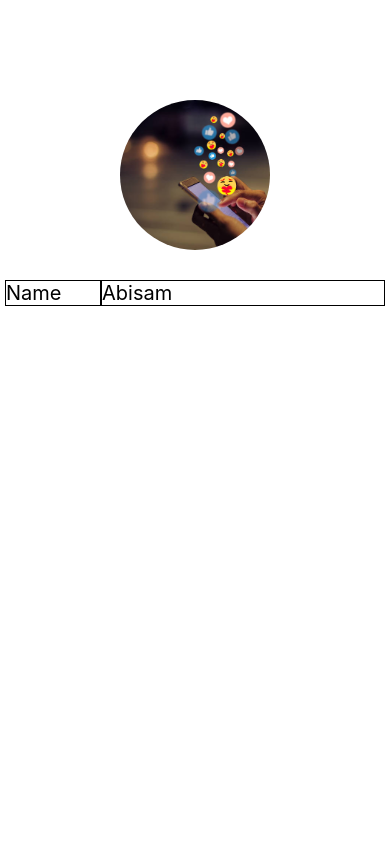
Repository: 2000-Nanayaw/MobileApp
Screen: /
An editor plug-in stored every save of this project. The screen is shown before and after the next save, followed by the edit.
The app was drawn by React Native's web renderer in a window 390 px wide. The project was rebuilt for these pictures with package versions that can differ from the ones it lists, and the page was loaded fresh each time.

Above is the screen before, as saved 2023-08-28 04:36:06.

### App.js
// import { StatusBar } from "expo-status-bar";
// import { Button, Text, TextInput, View, StyleSheet } from "react-native";

// function jsar() {
//   return (
//     <View style={style.container}>
//       <Text style={style.firstText}>this is my new app</Text>
//       <Text style={style.colors}>how are you i am always happy</Text>
//       <Text style={style.colors}>MOBILE APP DEVELOPMENT</Text>
//       <Text style={style.colors}>MOBILE APP DEVELOPMENT</Text>
//       <TextInput title="MOBILE APP DEVELOPMENT" />
//       <Button title="this is a good button" />
//     </View>
//   );
// }
// const style = StyleSheet.create({
//   colors: {
//     backgroundColor: "orange",
//     color: "red",
//   },
//   container: {
//     flex: 1,
//     backgroundColor: "yellow",
//     flexDirection: "column",
//     justifyContent: "space-around",
//     alignItems: "center",

//   },
//   firstText:{
//     position: "absolute",
//     top:100,
//   }
// });
// export default jsar;

import { StatusBar } from "expo-status-bar";
import { Button, Text, View, StyleSheet,Image } from "react-native";

function jsar() {
  return (
    <View style= {styles.container}>
      <Image source={require("./assets/profile.jpg")} style={styles.image}/>
      <View style={styles.detailContainer}>
        <Text style={styles.label}>Name</Text>
        <Text style= {[styles.label,styles.info]}>Abisam</Text>
      </View>
    </View>
  );
}
const styles = StyleSheet.create({
container: {
  flex: 1,
  marginHorizontal: 5,
},
image: {
  height: 150,
  width: 150,
  borderRadius: 75,
  marginBottom: 30,
  alignSelf: "center",
  marginTop: 100,
},
detailContainer: {
  flexDirection: "row"
},
label:{
  borderColor: "black",
  borderWidth: 1,
  fontSize: 20,
  flex: 2.5,
},
info:{
  flex: 7.5,
}
});
export default jsar;

After the next save:
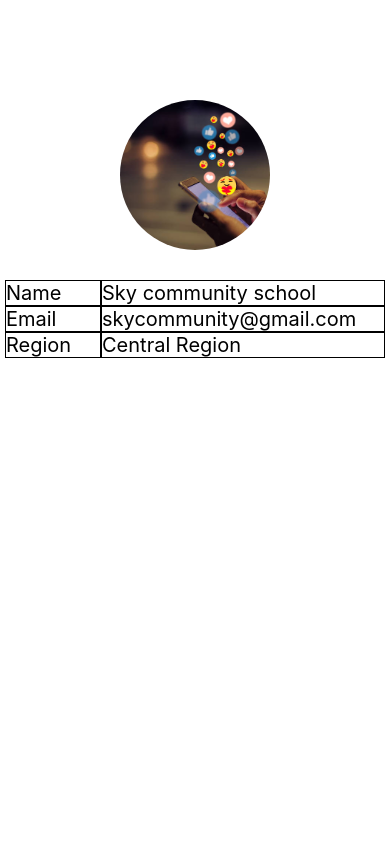
Saved 2 min 31 s later.
--- a/App.js
+++ b/App.js
@@ -42,7 +42,15 @@ function jsar() {
       <Image source={require("./assets/profile.jpg")} style={styles.image}/>
       <View style={styles.detailContainer}>
         <Text style={styles.label}>Name</Text>
-        <Text style= {[styles.label,styles.info]}>Abisam</Text>
+        <Text style= {[styles.label,styles.info]}>Sky community school</Text>
+      </View>
+      <View style={styles.detailContainer}>
+        <Text style={styles.label}>Email</Text>
+        <Text style= {[styles.label,styles.info]}>skycommunity@gmail.com</Text>
+      </View>
+      <View style={styles.detailContainer}>
+        <Text style={styles.label}>Region</Text>
+        <Text style= {[styles.label,styles.info]}>Central Region</Text>
       </View>
     </View>
   );
